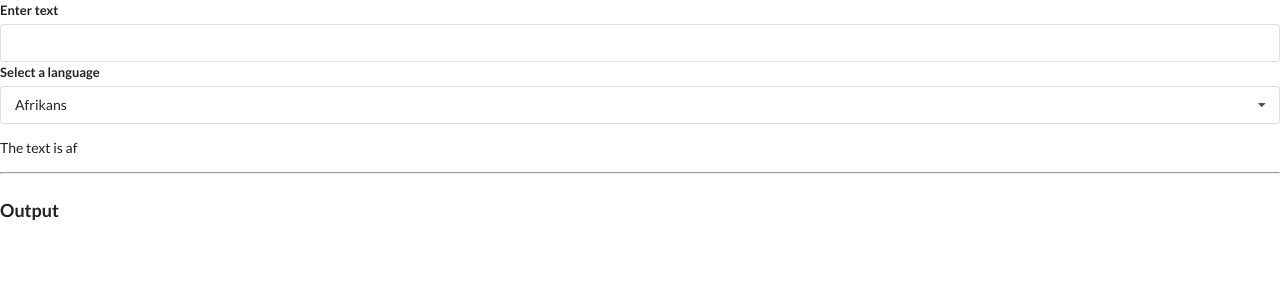
Repository: DaveBaulch/react-course-widgets
Page: /
An editor plug-in stored every save of this project. The page is shown before and after a run of saves, followed by the edit.
The browser window is 1280 px wide. The pictures show the whole page.
The page's requests for data from a server got no answer. The project was rebuilt for these pictures with package versions that can differ from the ones it lists, and the page was loaded fresh each time. No one was signed in, and anything a server would have sent is missing. Also part of the build but not shown: src/components/Search.js.

Above is the page before, as saved 2020-12-07 15:09:39.

### src/App.js
import React from 'react';
import Accordion from './components/Accordion';
import Search from './components/Search';
import Dropdown from './components/Dropdown';
import Translate from './components/Translate';

// const items = [
//   {
//     title: 'What is React?',
//     content: 'React is a front end javascript framework'
//   },
//   {
//     title: 'Why use React?',
//     content: 'React is favorite JS library among engineers'
//   },
//   {
//     title: 'How do you use React?',
//     content: 'You use React by creating components'
//   }
// ];

// const options = [
//   {
//     label: 'The color red',
//     value: 'red'
//   },
//   {
//     label: 'The color green',
//     value: 'green'
//   },
//   {
//     label: 'A shade of blue',
//     value: 'blue'
//   }
// ];

const showAccordion = () => {
  if (window.location.pathname === '/') {
    return <Accordion items={items} />;
  }
};

export default () => {
  return (
    <div>
      <Translate />
    </div>
  );
};

### src/components/Dropdown.js
import React, { useState, useEffect, useRef } from 'react';

const Dropdown = ({ label, options, selected, onSelectedChange }) => {
  const [open, setOpen] = useState(false);
  const ref = useRef();

  // useEffect(() => {
  //   document.body.addEventListener(
  //     'click',
  //     (event) => {
  //       // console.log(event.target);
  //       if (ref.current.contains(event.target)) {
  //         return;
  //       }
  //       setOpen(false);
  //     },
  //     { capture: true }
  //   );
  // }, []);
  // // will run once on load

  useEffect(() => {
    const onBodyClick = (event) => {
      if (ref.current.contains(event.target)) {
        return;
      }
      setOpen(false);
    };

    document.body.addEventListener('click', onBodyClick, { capture: true });

    // clean up function when removed from the DOM
    return () => {
      document.body.removeEventListener('click', onBodyClick, {
        capture: true
      });
    };
  }, []);

  const renderedOptions = options.map((option) => {
    if (option.value === selected.value) {
      return null;
    }

    return (
      <div
        key={option.value}
        className="item"
        onClick={() => {
          console.log('item click!');
          onSelectedChange(option);
        }}
      >
        {option.label}
      </div>
    );
  });

  // console.log('ref: ' + ref.current);

  return (
    <div ref={ref} className="ui form">
      <div className="field">
        <label className="label">{label}</label>
        <div
          className={`ui selection dropdown ${open ? 'visible active' : ''}`}
          onClick={() => {
            console.log('dropdown click!');
            setOpen(!open);
          }}
        >
          <i className="dropdown icon"></i>
          <div className="text">{selected.label}</div>
          <div className={`menu ${open ? 'visible transition' : ''}`}>
            {renderedOptions}
          </div>
        </div>
      </div>
      <p style={{ color: selected.value }}>The text is {selected.value}</p>
    </div>
  );
};

export default Dropdown;

### src/components/Translate.js
import React, { useState } from 'react';
import Dropdown from './Dropdown';
import Convert from './Convert';

const options = [
  {
    label: 'Afrikans',
    value: 'af'
  },
  {
    label: 'Arabic',
    value: 'ar'
  },
  {
    label: 'Hindi',
    value: 'hi'
  }
];

const Translate = () => {
  const [language, setLanguage] = useState(options[0]);
  const [text, setText] = useState('');

  return (
    <div>
      <div className="ui form">
        <div className="field">
          <label htmlFor="translateInput">Enter text</label>
          <input
            id="translateInput"
            type="text"
            value={text}
            onChange={(e) => setText(e.target.value)}
          />
        </div>
      </div>
      <Dropdown
        label="Select a language"
        options={options}
        selected={language}
        onSelectedChange={setLanguage}
      />
      <hr />
      <h3 className="ui header">Output</h3>
      <Convert text={text} language={language} />
    </div>
  );
};

export default Translate;

### src/components/Convert.js
import React, { useState, useEffect } from 'react';
import axios from 'axios';

const Convert = ({ language, text }) => {
  const [translated, setTranslated] = useState('');
  const [debouncedText, setDebouncedText] = useState(text); // default term

  // debounces the search term and assigns to debouncedText
  useEffect(() => {
    const timerId = setTimeout(() => {
      setDebouncedText(text);
    }, 500);

    return () => {
      clearTimeout(timerId);
    };
  }, [text]);

  useEffect(() => {
    const doTranslation = async () => {
      const { data } = await axios.post(
        'https://translation.googleapis.com/language/translate/v2',
        {},
        {
          params: {
            q: debouncedText,
            target: language.value,
            key: 'AIzaSyCHUCmpR7cT_yDFHC98CZJy2LTms-IwDlM'
          }
        }
      );
      setTranslated(data.data.translations[0].translatedText);
    };

    doTranslation();
  }, [language, debouncedText]);

  return (
    <div>
      <h1 className="ui header">{translated}</h1>
    </div>
  );
};

export default Convert;

### src/components/Accordion.js
import React, { useState } from 'react';

const Accordion = ({ items }) => {
  const [activeIndex, setActiveIndex] = useState(null);
  // array destructuring
  // null sets initial state on activeIndex
  // setActiveIndex is the finction that updates aciveIndex

  const onTitleClick = (index) => {
    setActiveIndex(index);
  };

  const renderedItems = items.map((item, index) => {
    const active = index === activeIndex ? 'active' : '';

    return (
      <React.Fragment key={item.title}>
        <div className={`title ${active}`} onClick={() => onTitleClick(index)}>
          <i className="dropdown icon"></i>
          {item.title}
        </div>
        <div className={`content ${active}`}>
          <p>{item.content}</p>
        </div>
      </React.Fragment>
    );
  });

  return (
    <div className="ui styled accordion">
      {renderedItems}
      {activeIndex}
    </div>
  );
};

export default Accordion;

Loaded but not shown: public/index.html (common file); src/index.js (common file)

After the next 7 saves:
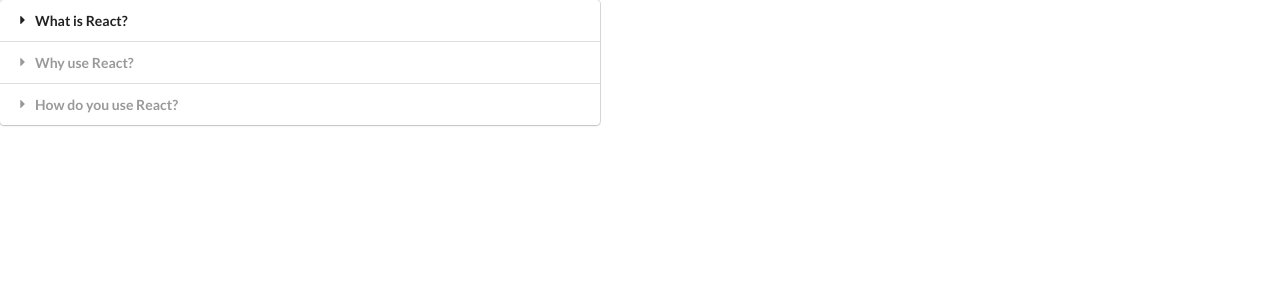
The 7 saves are shown as one change because 2 did not build or start and some came seconds apart.
The last was saved 33 s later.
--- a/src/App.js
+++ b/src/App.js
@@ -4,20 +4,20 @@
 import Dropdown from './components/Dropdown';
 import Translate from './components/Translate';
 
-// const items = [
-//   {
-//     title: 'What is React?',
-//     content: 'React is a front end javascript framework'
-//   },
-//   {
-//     title: 'Why use React?',
-//     content: 'React is favorite JS library among engineers'
-//   },
-//   {
-//     title: 'How do you use React?',
-//     content: 'You use React by creating components'
-//   }
-// ];
+const items = [
+  {
+    title: 'What is React?',
+    content: 'React is a front end javascript framework'
+  },
+  {
+    title: 'Why use React?',
+    content: 'React is favorite JS library among engineers'
+  },
+  {
+    title: 'How do you use React?',
+    content: 'You use React by creating components'
+  }
+];
 
 // const options = [
 //   {
@@ -41,9 +41,5 @@
 };
 
 export default () => {
-  return (
-    <div>
-      <Translate />
-    </div>
-  );
+  return <div>{showAccordion()}</div>;
 };
